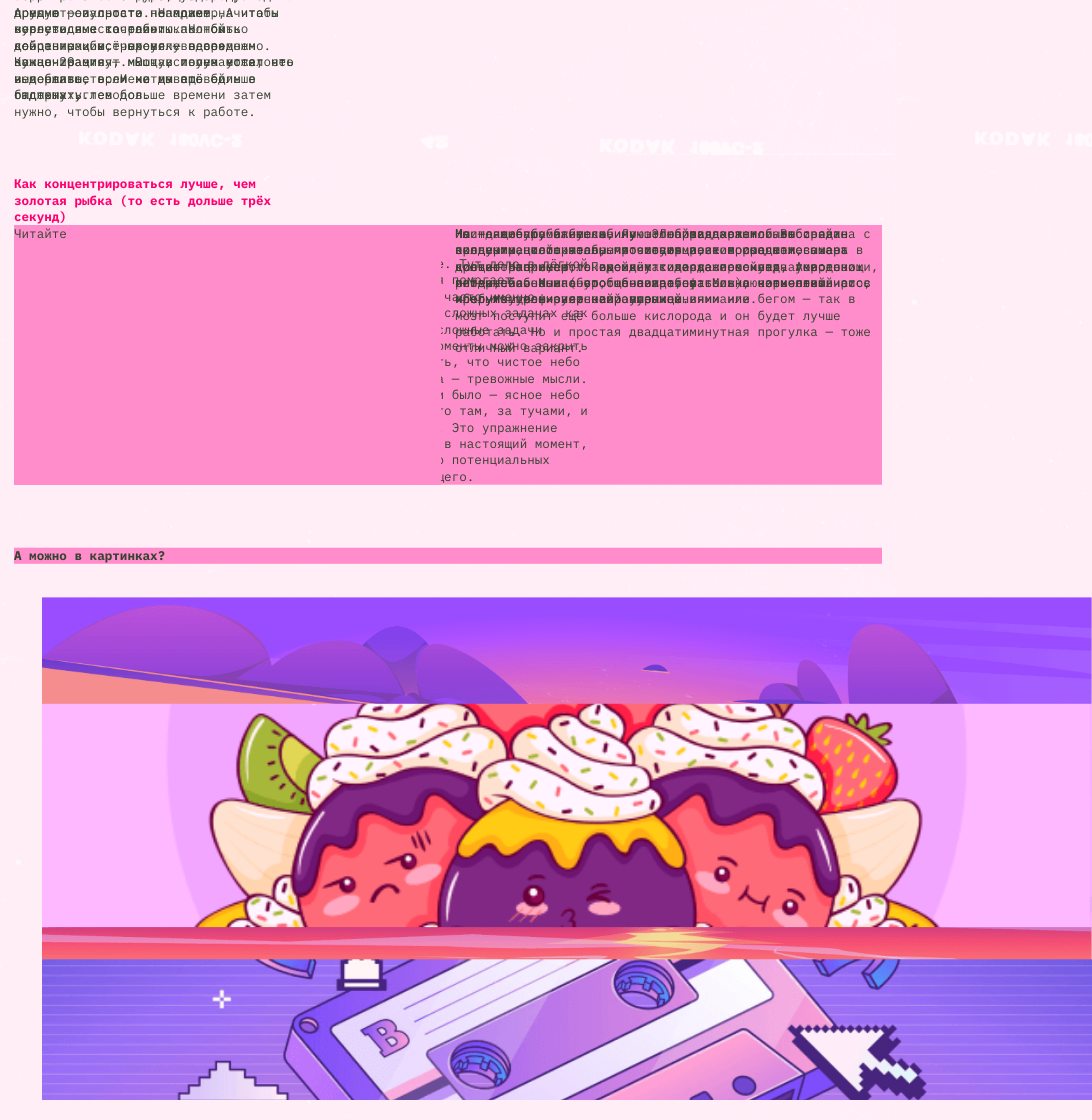
Repository: NikWolf75/slozhno-sosredotochitsya-fd
Page: index.html
These files come from the project's save history. The page is drawn as it stood at one moment and after a run of saves; the edit follows.
The browser window is 1280 px wide. The page is 1560 px wide, so the pictures cover 1560 px, including what lies to the right of the window. The pictures show the part of the page from y = 1379 to 2979 px (the page is 4360 px tall before and 4840 px after), at 70% of full size.
Backgrounds fixed to the window are drawn as part of the page.

Above is the page before, as saved 2025-02-27 21:11:15.

### index.html
<!DOCTYPE html>
<html lang="ru">
  <head>
    <meta charset="UTF-8" />
    <meta http-equiv="X-UA-Compatible" content="IE=edge" />
    <meta name="viewport" content="width=device-width, initial-scale=1.0" />
    <meta name="color-scheme" content="dark light" />
    <link rel="stylesheet" href="/fonts/fonts.css" />
    <link rel="stylesheet" href="/styles/globals.css" />
    <link rel="stylesheet" href="/styles/variables.css" />
    <link rel="stylesheet" href="/styles/style.css" />
    <link rel="stylesheet" href="/styles/dark.css" />
    <link rel="stylesheet" href="/styles/light.css" />
    <link rel="icon" href="/images/favicon.ico" sizes="any" />
    <link rel="icon" href="/images/favicon.svg" type="image/svg+xml" />
    <title>Сложно сосредоточиться</title>
    <script src="./scripts/script.js"></script>
  </head>
  <body class="page">
    <header class="header decorated-zone">
      <p class="rec_element">REC</p>
      <nav class="header__theme-menu">
        <ul class="header__theme-menu-list">
          <li class="header__theme-menu-item">
            <button
              class="header__theme-menu-button header__theme-menu-button_type_light"
            >
              День
            </button>
          </li>
          <li class="header__theme-menu-item">
            <button
              class="header__theme-menu-button header__theme-menu-button_active header__theme-menu-button_type_auto"
              disabled
            >
              Авто
            </button>
          </li>
          <li class="header__theme-menu-item">
            <button
              class="header__theme-menu-button header__theme-menu-button_type_dark"
            >
              Неон
            </button>
          </li>
        </ul>
      </nav>
      <h1 class="title_main">no focus</h1>
      <div class="title-decor">
        <p>Что делать, когда не можешь делать ничего</p>
        <p>
          Или почему нам так сложно сконцентрироваться, особенно когда очень
          надо
        </p>
      </div>
    </header>
    <main class="content">
      <section class="content__section">
        <h2 class="question_text">Почему сосредоточиться так сложно</h2>
        <article class="content__answers">
          <h3 class=".content__answer-short">Многозадачность</h3>
          <p class="answer_large">
            Особенно сложно сосредоточиться, когда задач много и все они —
            важные. Где же легендарная многозадачность, когда она так нужна вам
            (и всем нанимающим менеджерам этого мира)? А дело в том, что её
            просто не существует. Исследователи
            <a class="link-text" href="#0">выяснили</a>, что мозгу тяжело
            концентрироваться даже на двух делах одновременно. А когда в поле
            внимания попадает несколько важных задач, организм паникует и
            выделяет кортизол и адреналин — «гормоны стресса». Из-за этого мы
            работаем невнимательно: ошибаемся и быстро устаём.
          </p>
        </article>
        <article class="content__answers">
          <h3 class=".content__answer-short">Дофамин</h3>
          <p class="answer_large">
            С гормонами стресса всё понятно, но дальше — ещё интереснее. В нашей
            невозможности сосредоточиться замешана и полная противоположность
            стрессу — дофамин. Это вещество участвует в системе вознаграждения
            мозга. Причём тут он? Мы часто отвлекаемся от важной задачи на
            что-то более «приятное» для мозгов. Например, смотрим лайки в
            соцсетях. В это время и выделяется дофамин — и мы чувствуем
            удовольствие. Получается замкнутый круг: чем больше отвлекаешься,
            тем больше удовольствия получаешь.
          </p>
        </article>
      </section>
      <section class="content__section content__what">
        <h2 class="question_text">Что снижает концентрацию внимания?</h2>
        <article class="content__answers">
          <h3 class="content__answer-short">Многозадачность</h3>
          <p class="answer_large">
            Как концентрация может снижаться из-за… концентрации? Любая
            стрессовая ситуация (и резко меняющийся мир в целом) заставляет наш
            мозг постоянно «сканировать» окружающую среду на предмет опасности.
            Например, читать новости вместо работы. Но быть собранными всё время
            — невозможно. Концентрация — мышца, и она может не выдержать, если
            не давать ей отдохнуть.
          </p>
        </article>
        <article class="content__answers">
          <h3 class="content__answer-short">Еда</h3>
          <p class="answer_large">
            «Быстрые углеводы» — сахар, белый хлеб, сладости — молниеносно
            доставляют в мозг энергию и помогают ему лучше работать. Но уходит
            эта энергия также быстро, как и приходит. А мы в результате попадаем
            на «углеводные качели»: как только действие «быстрых углеводов»
            заканчивается, мы чувствуем усталость и сонливость. И хотим ещё
            больше быстрых углеводов.
          </p>
        </article>
        <article class="content__answers">
          <h3 class="content__answer-short">Гаджеты</h3>
          <p class="answer_large">
            Да-да, это та самая ситуация, когда на экране ноутбука — код, в
            наушниках — подкаст, а на компьютере фоном — ещё и видео с забавными
            утятами. В результате мозг пытается переключиться с одной задачи на
            другую — и просто не может. А чтобы вернуться к состоянию полной
            концентрации, человеку в среднем нужно 20 минут. Вот и получается,
            что чем больше времени мы проводим в гаджетах, тем больше времени
            затем нужно, чтобы вернуться к работе.
          </p>
        </article>
      </section>
      <section class="content__section">
        <h2 class="question_text">
          Как концентрироваться лучше, чем золотая рыбка (то есть дольше трёх
          секунд)
        </h2>
        <article class="content__answers advice">
          <h3 class="content__answer-short sub_content__answer-short">
            5 простых (на самом деле не очень) советов
          </h3>
          <h4 class="advice">
            Представьте небо и облака
          </h4>
          <p class="answer_large">
            Или листья в ручье. Тут дело в лёгкой медитации, которая помогает
            успокоиться. Ведь часто именно тревожные мысли о сложных задачах как
            раз и мешают эти сложные задачи делать. В такие моменты можно
            закрыть глаза и представить, что чистое небо — это вы, а облака —
            тревожные мысли. И сколько бы их ни было — ясное небо всегда будет
            где-то там, за тучами, и никуда не денется. Это упражнение поможет
            вернуться в настоящий момент, а не волноваться о потенциальных
            проблемах из будущего.
          </p>
        </article>
        <article class="content__answers">
          <h4 class="advice">
            Включите музыку
          </h4>
          <p class="answer_large">
            Но не любую, и не любимую. Любимая может быть связана с сильными
            положительными эмоциями, которые тоже очень сильно отвлекают.
            Подойдёт тихая, спокойная, умеренно-ритмичная. Можно вообще
            попробовать включить плейлист с «белым шумом» или нейромузыкой.
          </p>
        </article>
        <article class="content__answers">
          <h4 class="advice">
            Прогуляйтесь
          </h4>
          <p class="answer_large">
            Или даже пробегитесь. Лучше найти парк или лес: один эксперимент
            <a class="link-text" href="#0">показал</a>, что созерцание природы
            повышает концентрацию, в то время как после просмотра городских
            пейзажей она наоборот понижается. Можно совместить прогулку с
            физическими упражнениями или бегом — так в мозг поступит ещё больше
            кислорода и он будет лучше работать. Но и простая двадцатиминутная
            прогулка — тоже отличный вариант.
          </p>
        </article>
        <article class="content__answers">
          <h4 class="advice">
            Хорошо ешьте
          </h4>
          <p class="answer_large">
            Мы — не ваша бабушка, но это правда важно. Выбирайте продукты,
            которые препятствуют резким скачкам сахара в крови. Например, с
            высоким содержанием клетчатки: овощи, ягоды, бобовые (нут, чечевица,
            фасоль), коричневый рис, хлеб из цельнозерновой пшеницы.
          </p>
        </article>
        <article class="content__answers">
          <h4 class="advice">
            Читайте
          </h4>
          <p class="answer_large">
            Настоящие бумажные книги. Это правда помогает с концентрацией: чтобы
            прочитать пост в соцсети, достаточно нескольких минут или даже
            секунд. А вот интересная книга способна затянуть и на несколько
            часов и круто тренирует направленное внимание.
          </p>
        </article>
      </section>
      <section class="content__section content__gallery">
        <h2 class="content__answer-short">А можно в картинках?</h2>
        <div class="gallery">
          <figure class="gallery__item">
            <img
              class="content__section-image"
              src="./images/sunset.png"
              alt="Вид острова на закате"
              loading="lazy"
            />
          </figure>
          <figure class="gallery__item">
            <img
              class="gallery__section-image"
              src="./images/ice-cream.png"
              alt="Чаша с мороженным"
              loading="lazy"
            />
          </figure>
          <figure class="gallery__item">
            <img
              class="gallery__section-image"
              src="./images/tape.png"
              alt="Кассета"
              loading="lazy"
            />
          </figure>
          <figure class="gallery__item">
            <img
              class="gallery__section-image"
              src="./images/books.png"
              alt="Стопка книг"
              loading="lazy"
            />
          </figure>
          <figure class="gallery__item">
            <img
              class="gallery__section-image"
              src="./images/street.png"
              alt="Улица"
              loading="lazy"
            />
          </figure>
        </div>
      </section>
    </main>
    <footer class="footer decorated-zone">
      <h2 class="title_main footer__title">focus</h2>
    </footer>
  </body>
</html>

### styles/globals.css
*,
*::before,
*::after {
  box-sizing: border-box;
}

body {
  min-inline-size: 375px;
  max-inline-size: 1440px;
  margin: 0 auto;
  padding: 0;
}

h1,
h2,
h3,
h4,
h5,
h6,
p {
  margin: 0;
}

ul {
  margin: 0;
  padding: 0;
  list-style: none;
}

picture {
  margin: 0;
  padding: 0;
}

button,
a {
  font-family: inherit;
  font-size: inherit;
  line-height: inherit;
  text-decoration: none;
  color: currentColor;
  appearance: none;
  margin: 0;
  padding: 0;


}

### styles/variables.css
:root {
  --main-font: 'IBM Plex mono';
}

### styles/style.css
.page {
  display: flex;
  flex-direction: column;
  font-family: var(--main-font), monospace;
  font-size: var(--main-font-size, 18px);
  position: relative;
  font-weight: 700;
  background-color: var(--main-background-color);
  background-image: var(--main-background-image, url("../images/cover-image-dark.png"));
  background-repeat: no-repeat;
  background-attachment: fixed;
  background-position: center;
  background-size: cover;
  color: var(--main-font-color);
 }

.decorated-zone {
  position: relative;
}

.decorated-zone::after,
.decorated-zone::before {
  position: absolute;
  inline-size: 25px;
  block-size: 25px;
  content: "";
  border: 1px solid var(--corner-color);
}

.decorated-zone::after {
  border-top: none;
  border-right: none;
  bottom: 10px;
  left: 10px;
}

@media (width >= 768px) {
  .decorated-zone::before {
    right: 20px;
    top: 20px;
  }
}

.decorated-zone::before {
  border-left: none;
  border-bottom: none;
  right: 10px;
  top: 10px;
}

@media (width >= 768px) {
  .decorated-zone::before {
    bottom: 20px;
    left: 20px;
  }
}

.rec_element {
  position: absolute;
  align-self: start;
  justify-self: end;
  margin: 0;
  right: 10px;
  margin-right: 28px;
  grid-column: 3;
  grid-row: 1;
  color: var(--rec-theme-color);
  gap: 10px;
}

@media (width >= 768px) {
  .rec_element {
    right: 20px;
  }
}

.rec_element::after {
  content: "";
  border-radius: 50%;
  position: absolute;
  top: 8px;
  left: 44px;
  background: var(--accent-color);
  width: 10px;
  height: 10px;
  box-shadow: 0 0 4px 2px var(--accent-color)
}

.header {
  display: grid;
  grid-template-columns: repeat(3, 1fr);
  grid-template-rows: 1fr min-content 1fr;
  align-items: center;
  justify-items: end;
  position: relative;
  block-size: min(668px, 100vh);
  padding: var(--main-padding-small, 10px);
  inline-size: 100%;
 }

 @media (width >= 768px) {
  .header {
    padding: 20px 20px 20px 0;
    block-size: max(1024px, 100vh);
  }
 }

 @media (width >= 1024px) {
  .header {
    block-size: max(768px, 100vh);
  }
 }

 .header__theme-menu {
  grid-column: 3;
  grid-row: 1;
  justify-self: end;
  align-self: center;
}

@media (width >= 1024px) {
  .header__theme-menu {
    grid-column: 1 / -1;
    align-self: start;
    justify-self: center;
    margin-left: 20px;
  }
 }

.header__theme-menu-list {
  display: flex;
  flex-direction: column;
  list-style: none;
  row-gap: 10px;
}

@media (width >= 1024px) {
  .header__theme-menu-list {
    display: flex;
    flex-direction: row;
    column-gap: 10px;
  }
 }

.header__theme-menu-button {
  font-family: inherit;
  background: transparent;
  color: var(--button-text-color);
  border: none;
  text-transform: lowercase;
  border: none;
  height: 26px;
  padding-right: 13px;
  padding-left: 13px;
}

.header__theme-menu-bitton:hover {
  outline: 1px solid var(--button-outline-color)
}

.header__theme-menu-button_active {
  outline: 1px solid var(--button-theme-colo);
}

.header__theme-menu-button:focus {
  outline: none;
  text-decoration: underline;
}

.header__theme-menu-button:focus-visible {
  outline: none;
  text-decoration: underline;
}

.title_main {
  font-family: inherit;
  font-size: clamp(7.25rem, 7.0115rem + 1.0178vw, 7.5rem);
  line-height: 95.7px;
  color: var(--title-main-text-color);
  text-shadow: 4px 4px 0 var(--accent-color);
  cursor: default;
  grid-column: 1 / -1;
  grid-row: 2;
}

@media (width >= 1024px) {
  .title_main {
    line-height: 129px;
  }
}

@media (width >= 768px) {
  .title_main {
    font-size: clamp(7.5rem, 0.5625rem + 14.4531vw, 9.8125rem);
    font-weight: 700;
    line-height: 99px;
  }
}

.title-decor {
  font-weight: 700;
  font-family: var(--main-font), monospace;
  line-height: 23px;
  background-color: var(--accent-color);
  color: var(--title-font-color);
  grid-row: 3;
  grid-column: 1 / -1;
  border: 1px solid var(--main-background-color);
  margin: 0;
  justify-self: end;
  align-self: center;
}

@media (width >= 768px) {
  .title-decor {
    max-width: 49%;
  }
}

.content {
  display: flex;
  box-sizing: border-box;
  flex-direction: column;
  padding: 40px 10px 0 10px;
  row-gap: 50px;
}

@media (width >= 768px) {
  .content {
    padding: 60px 20px 20px 20px;
    row-gap: 80px;
  }
  .content__section {
    display: grid;
    grid-template-columns: 1fr 2fr;
    column-gap: 20px;
  }
}

@media (width >= 1024px) {
  .content__section {
    column-gap: 10px;
  }
}

.content__what, .content__answers {
  margin-bottom: 20px;
}

.content__what, .content__answers:last-of-type {
  margin-bottom: 0;
}

.content__gallery, .content__answer-short {
  font-size: 18px;
}

@media (width >= 768px) and (width < 1024px) {
  .content__what,
  .content__gallery {
    display: grid;
    grid-template-columns: repeat(3, 1fr);
    grid-template-rows: min-content, 1fr;
    row-gap: 20px;
  }

  .content__what, .question_text {
    grid-row: 1;
    grid-column: 1;
  }

  .content__what, .content__answers {
    grid-row: 2;
    grid-column: 1 / -1;
    margin-bottom: 20px;
  }

  .content__gallery, .content__answer-short {
    grid-row: 1;
    grid-column: 1 / -1;
    margin: 0;
  }

  .content__gallery, .gallery {
    grid-row: 2;
    grid-column: 1 / -1;
  }
}

@media (width >= 1024px) {
  .content__what,
  .content__gallery {
    display: grid;
    grid-template-columns: repeat(3, 1fr);
    row-gap: 20px;
  }

  .content__what, .question_text {
    grid-row: 1;
    grid-column: 1;
  }

  .content__what, .content__answers {
    display: grid;
    grid-row: 2;
    grid-column: 1 / -1;
    column-gap: 20px;
    grid-template-columns: repeat(auto-fit, minmax(calc((100% - 40px) / 3), 1fr));
  }

  .content__gallery, .content__answer-short {
    grid-row: 1;
    grid-column: 1 / -1;
    margin: 0;
  }

  .content__gallery, .gallery {
    grid-row: 2;
    grid-column: 1 / -1;
  }
}

.question_text {
  font-family: var(--main-font), monospace;
  font-size: 18px;
  font-weight: 700;
  line-height: 23.5px;
  color: var(--question_text-color);
  margin: 0;
  margin-bottom: 20px;
}

@media (width >= 768px) {
  .question_text {
    padding-right: 9px;
    margin-bottom: 0;
  }
}

.content__answers {
  font-family: var(--main-font), monospace;
  font-size: 18px;
  font-weight: 700;
  line-height: 23.5px;
  color: var(--content__answer-short-color);
}

.content_how {
  display: flex;
  flex-direction: column;
}

.content__answer-short {
  color: var(--content__answer-short-color);
  background-color: var(--accent-color);
  margin: 0;
  margin-bottom: 10px;
  font-family: inherit;
  font-size: inherit;
  font-weight: inherit;
  line-height: inherit;
}

.sub_content__answer-short {
  margin-bottom: 20px;
}

.answer_large {
  font-family: inherit;
  font-size: inherit;
  font-weight: 400;
  line-height: inherit;
  color: var(--answer-text-color);
  margin: 0;
  margin-bottom: 20px;
}

.content__answers, .answer_large:last-of-type {
  margin-bottom: 0;
}

.link-text {
  text-decoration: none;
  color: inherit;
  text-shadow: 2px 2px 0 var(--shadow-accent-color);
}

.link-text:hover {
  border-bottom: 1px solid var(--menu-color);
}

.link-text:focus {
  outline: none;
  border: none;
}

.link-text:focus-visible {
  outline: 1px solid var(--answer-text-color);
  border: 1px solid transparent;
  color: var(--answer-text-color);
}

.advice {
  font-family: var(--main-font), monospace;
  font-size: 18px;
  font-weight: 400;
  background-color: var(--accent-color);
  line-height: 23.4px;
  margin: 0 0 10px 0;
}

.gallery {
  display: grid;
  grid-template-columns: 1fr;
  grid-template-rows: 142px 355px 237px 355px 237px;
  gap: 10px;
  grid-auto-flow: dense;
  margin-bottom: 40px;
}

.gallery__item {
  margin: o;
}

.gallery__section-image {
  object-fit: cover;
  inline-size: 100%;
  block-size: 100%;
}

.footer {
  display: grid;
  height: 100vh;
  padding: 10px;
  block-size: max(668px, 100vh);
  grid-template-columns: 1fr;
  grid-template-rows: 1fr min-content 1fr;
}

.footer_title {
  justify-self: center;
}

### styles/dark.css
:root.theme-dark {
  --main-background-color: #000028;
  --main-font-color: #F1B2CE;
  --title-color: #ff0070;
  --title-font-color: #000028;
  --accent-color: #ff0070;
  --title-main-text-color: #db00ff;
  --rec-theme-color: #ff0070;
  --button-text-color: #ff0070;
  --button-outline-color: rgb(255 0 112 / 40%);
  --main-background-image: url("../images/cover-image-dark.png");
  --question_text-color: #FF0070;
  --content__answer-short-color: #F1B2CE;
  --corner-color: #ff0070;
}

### styles/light.css
:root.theme-light {
  --main-background-color: #fff1f7;
  --main-font-color: #354330;
  --title-color: #354330;
  --title-font-color: #354330;
  --accent-color: #ff8dcb;
  --title-main-text-color: #ffc2e6;
  --rec-theme-color: #354330;
  --button-text-color: #354330;
  --button-outline-color: rgb(50 49 45 / 40%);
  --main-background-image: url("../images/cover-image-light.png");
  --question_text-color: #FF0070;
  --content__answer-short-color: #354330;
  --corner-color: #354330;
}

.theme-light .page .rec_element {
  display: none;
}

@media (prefers-color-scheme: light) {
  :root {
  --main-background-color: #fff1f7;
  --main-font-color: #354330;
  --title-color: #354330;
  --title-font-color: #354330;
  --accent-color: #ff8dcb;
  --title-main-text-color: #ffc2e6;
  --rec-theme-color: #354330;
  --button-text-color: #354330;
  --button-outline-color: rgb(50 49 45 / 40%);
  --main-background-image: url("../images/cover-image-light.png");
  --question_text-color: #FF0070;
  --content__answer-short-color: #354330;
  --corner-color: #354330;
  }
}

.theme-auto .rec_element {
  display: none;
}

### scripts/script.js
(function initTheme() {
  const theme = localStorage.getItem('theme');
  if (theme) {
    setTheme(theme);
  }
})();

document.addEventListener('DOMContentLoaded', () => {
  const currentTheme = [...document.documentElement.classList]
    .find((cn) => cn.startsWith('theme-'))
    ?.replace('theme-', '');
  const themeButtons = [
    ...document.querySelectorAll('.header__theme-menu-button'),
  ];
  setActiveButton(themeButtons, currentTheme);

  themeButtons.forEach((button) => {
    button.addEventListener('click', () => {
      const chosenTheme = [...button.classList]
        .find((cn) => cn.includes('_type_'))
        .split('_type_')[1];
      setTheme(chosenTheme);
      setActiveButton(themeButtons, chosenTheme);
    });
  });
});

function setTheme(theme) {
  document.documentElement.className = '';
  document.documentElement.classList.add(`theme-${theme}`);
  localStorage.setItem('theme', theme);
}

function setActiveButton(buttonsArray, theme) {
  buttonsArray.forEach((button) => {
    button.classList.remove('header__theme-menu-button_active');
    button.removeAttribute('disabled');
  });
  const target = buttonsArray.find((button) =>
    button.classList.contains(`header__theme-menu-button_type_${theme}`)
  );
  if (target) {
    target.classList.add('header__theme-menu-button_active');
    target.setAttribute('disabled', true);
  } else {
    const autoButton = document.querySelector(
      '.header__theme-menu-button_type_auto'
    );
    autoButton.classList.add('header__theme-menu-button_active');
    autoButton.setAttribute('disabled', true);
  }
}

Loaded but not shown: fonts/fonts.css (common file)

After the next 3 saves:
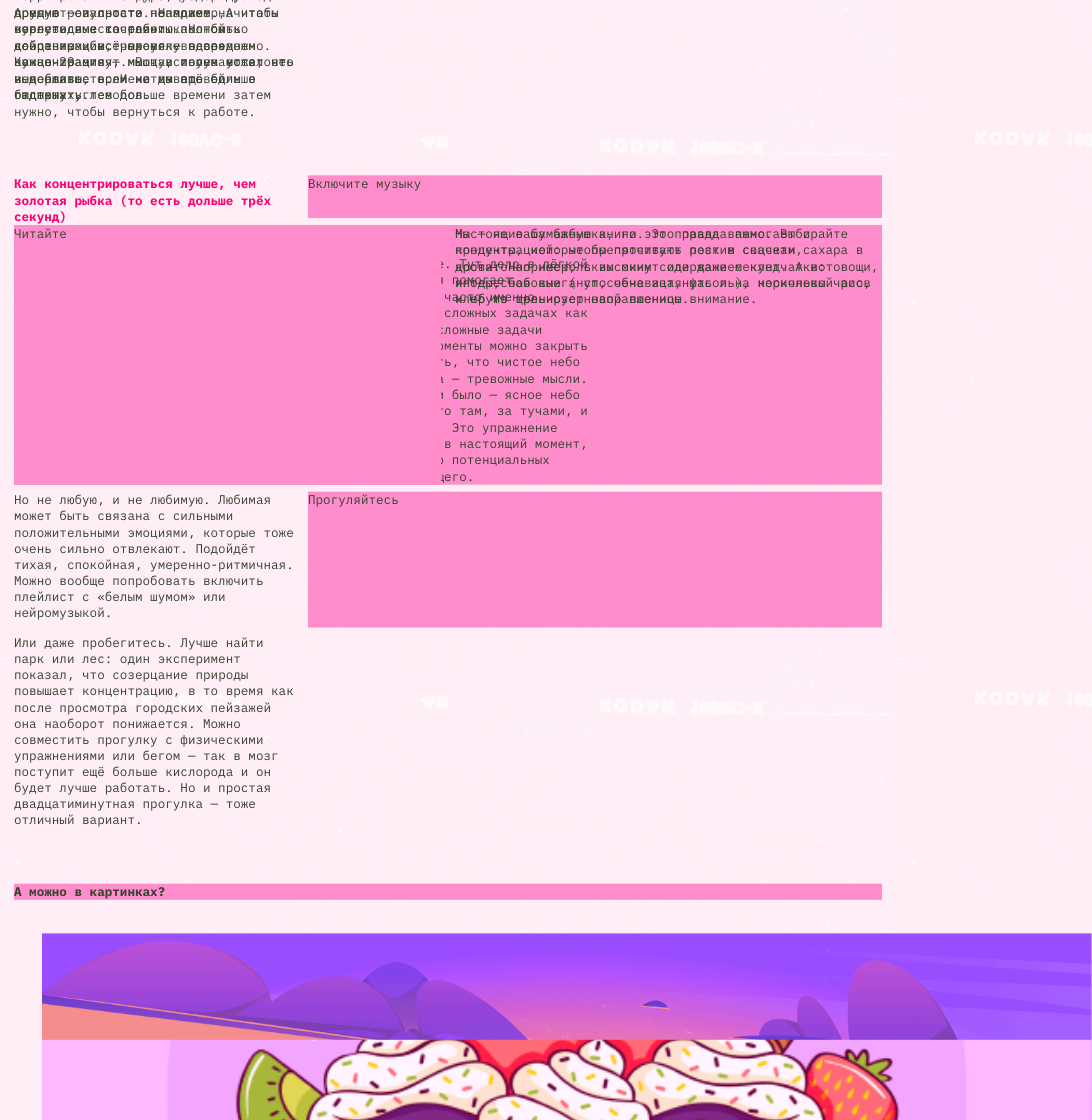
The 3 saves are shown as one change because they came seconds apart.
The last was saved 3 min 12 s later.
--- a/index.html
+++ b/index.html
@@ -145,7 +145,6 @@
             проблемах из будущего.
           </p>
         </article>
-        <article class="content__answers">
           <h4 class="advice">
             Включите музыку
           </h4>
@@ -155,8 +154,6 @@
             Подойдёт тихая, спокойная, умеренно-ритмичная. Можно вообще
             попробовать включить плейлист с «белым шумом» или нейромузыкой.
           </p>
-        </article>
-        <article class="content__answers">
           <h4 class="advice">
             Прогуляйтесь
           </h4>
